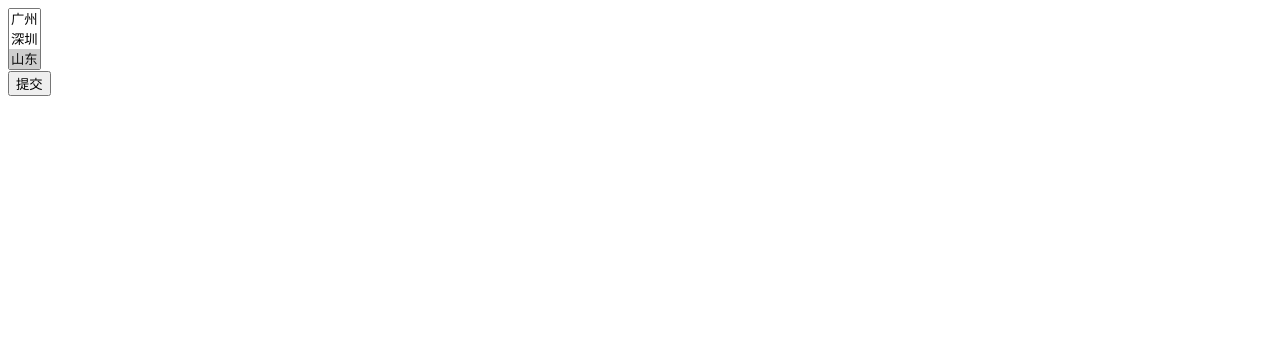
Repository: wangyanqing666/study
Page: 下拉框.html
An editor plug-in stored every save of this project. The page is shown before and after the next save, followed by the edit.
The browser window is 1280 px wide. The pictures show the whole page.

Above is the page before, as saved 2020-09-28 13:13:26.

After the next save:
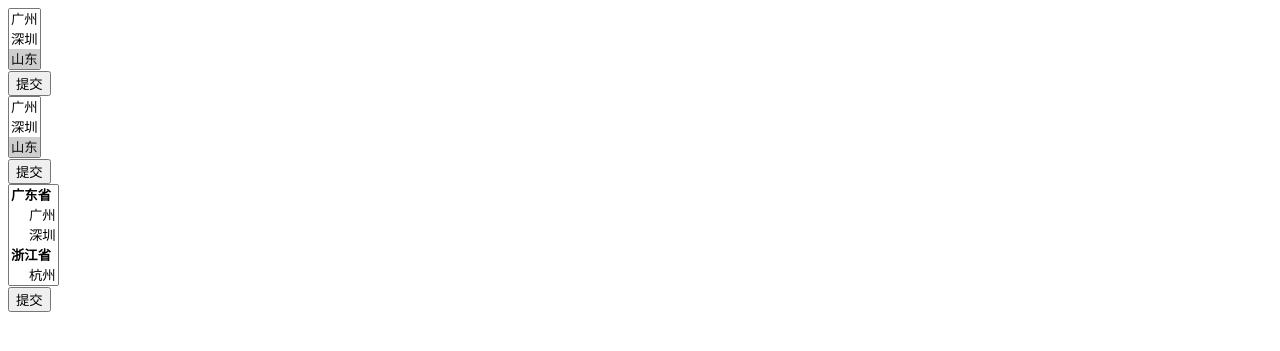
Saved 51 s later.
--- a/下拉框.html
+++ b/下拉框.html
@@ -23,6 +23,45 @@
             <input type="submit" value="提交">
         </form>
     </div>
+
+
+
+    <div>
+        <form action="http://www.baidu.com" method="get">
+            <div>
+                <!-- 下拉框 -->
+                <select name="sel" size="3" multiple>
+                    <option value="1">广州</option>
+                    <option value="2">深圳</option>
+                    <option selected value="3">山东</option>
+                    <option value="4">北京</option>
+                </select>
+            </div>
+            <input type="submit" value="提交">
+        </form>
+    </div>
+
+
+
+    <div>
+        <form action="http://www.baidu.com" method="get">
+            <div>
+                <!-- optgroup 下拉框分组功能 -->
+                <select name="city" size="5" multiple="multiple">
+                    <optgroup label="广东省">
+                        <option value="1">广州</option>
+                        <option value="2">深圳</option>
+                    </optgroup>
+
+                    <optgroup label="浙江省">
+                        <option value="1">杭州</option>
+                        <option value="2">温州</option>
+                    </optgroup>
+                </select>
+            </div>
+            <input type="submit" value="提交">
+        </form>
+    </div>
 </body>
 
 </html>
